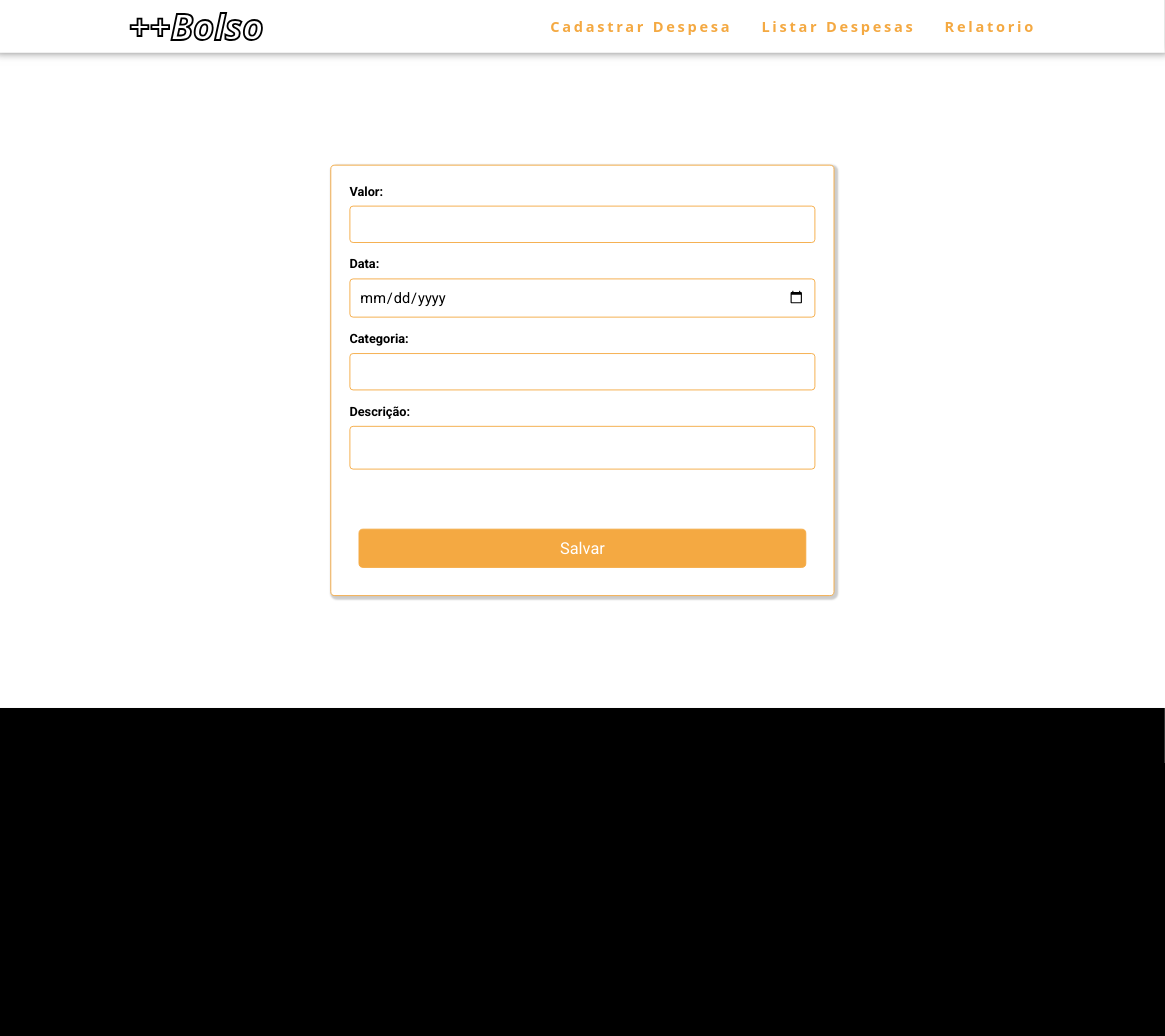
Repository: alexsanderkafka/java-servlets
Page: http://localhost/SaveMoney/cadastrarDespesa.jsp
These files come from the project's save history. The page is drawn as it stood at one moment and after the next save; the edit follows.
The browser window is 1280 px wide. The pictures show the whole page, at 91% of full size.
The page is served by Tomcat 9. Nobody is signed in. The application's start-up code is not run.

Above is the page before, as saved 2024-10-07 17:43:37.

After the next save:
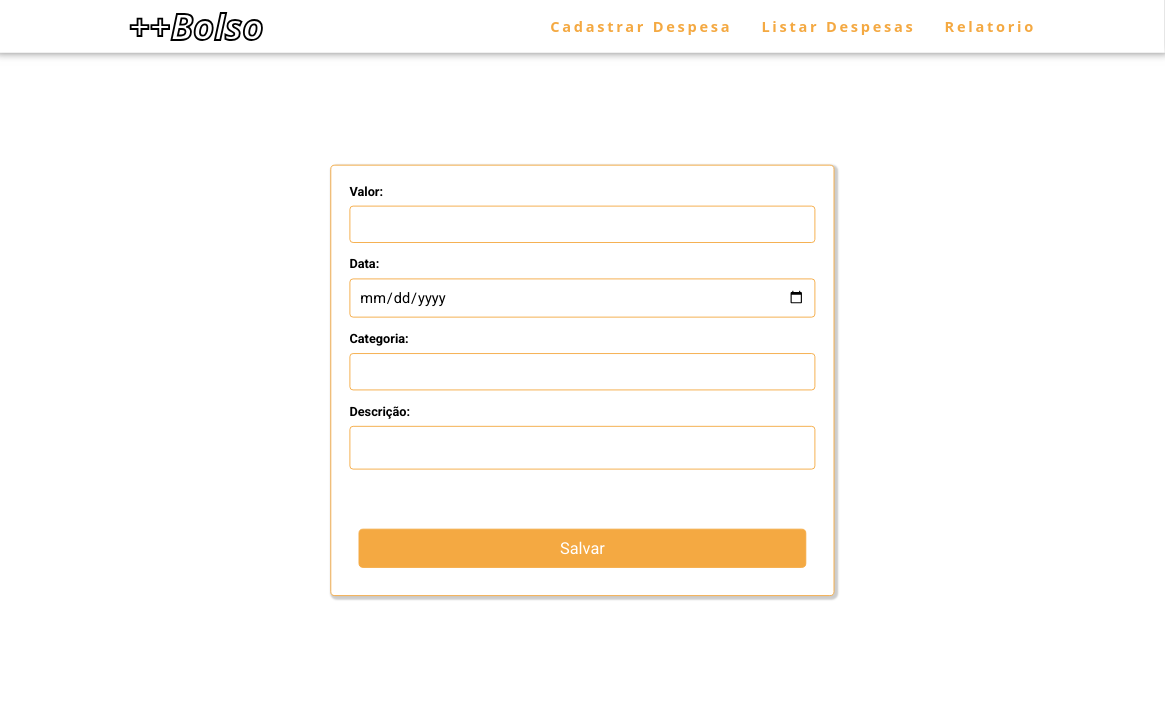
Saved 14 s later.
--- a/SaveMoney/src/main/webapp/cadastrarDespesa.jsp
+++ b/SaveMoney/src/main/webapp/cadastrarDespesa.jsp
@@ -34,10 +34,5 @@
         	<button class="primary-buttons">Salvar</button>
         </div>
     </div>
-
-    <div class="teste">
-        <h1>++Bolso</h1>
-    </div>
-
 </body>
 </html>
